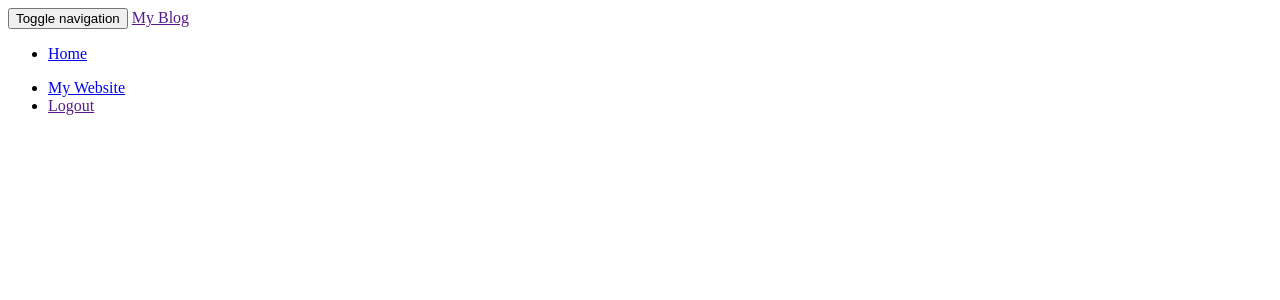
Repository: AnnieFisher/blog
Page: BlogMVC/WebContent/nav.html
The author's editor kept a copy of each file at every save. The page is drawn from the files as they stood at one save, then again after the next save.
The browser window is 1280 px wide. The pictures show the whole page.

Above is the page before, as saved 2016-12-21 03:14:46.

### BlogMVC/WebContent/nav.html
<div ng-controller="postsController">
	<div class="container">
      <!-- Static navbar -->
<div class="navbar navbar-inverse navbar-fixed-top navbar-custom">        <div class="container-fluid">
          <div class="navbar-header">
            <button type="button" class="navbar-toggle collapsed" data-toggle="collapse" data-target="#navbar" aria-expanded="false" aria-controls="navbar">
              <span class="sr-only">Toggle navigation</span>
              <span class="icon-bar"></span>
              <span class="icon-bar"></span>
              <span class="icon-bar"></span>
            </button>
            <a class="navbar-brand text-muted" href="">My Blog</a>
          </div>
          <div id="navbar" class="navbar-collapse collapse">
            <ul class="nav navbar-nav">
              <li class="active"><a href="#/home">Home</a></li>
            </ul>
            <ul class="nav navbar-nav navbar-right">
            <li><a href="http://annielynnfisher.com" target="_blank">My Website</a></li>
 <li ng-click="logOut()"><a href="">Logout</a></li>            </ul>
          </div><!--/.nav-collapse -->
        </div><!--/.container-fluid -->
      </nav>
      </div>
 </div>

After the next save:
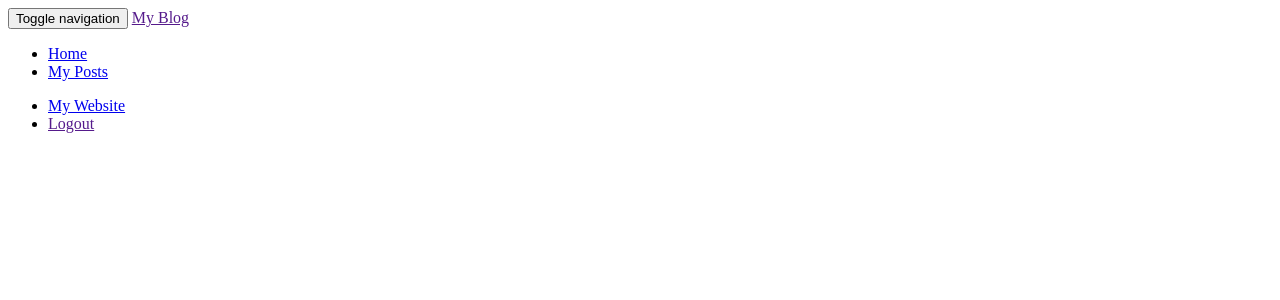
Saved 19 s later.
--- a/BlogMVC/WebContent/nav.html
+++ b/BlogMVC/WebContent/nav.html
@@ -14,6 +14,7 @@
           <div id="navbar" class="navbar-collapse collapse">
             <ul class="nav navbar-nav">
               <li class="active"><a href="#/home">Home</a></li>
+              <li class="active"><a href="#/posts">My Posts</a></li>
             </ul>
             <ul class="nav navbar-nav navbar-right">
             <li><a href="http://annielynnfisher.com" target="_blank">My Website</a></li>
